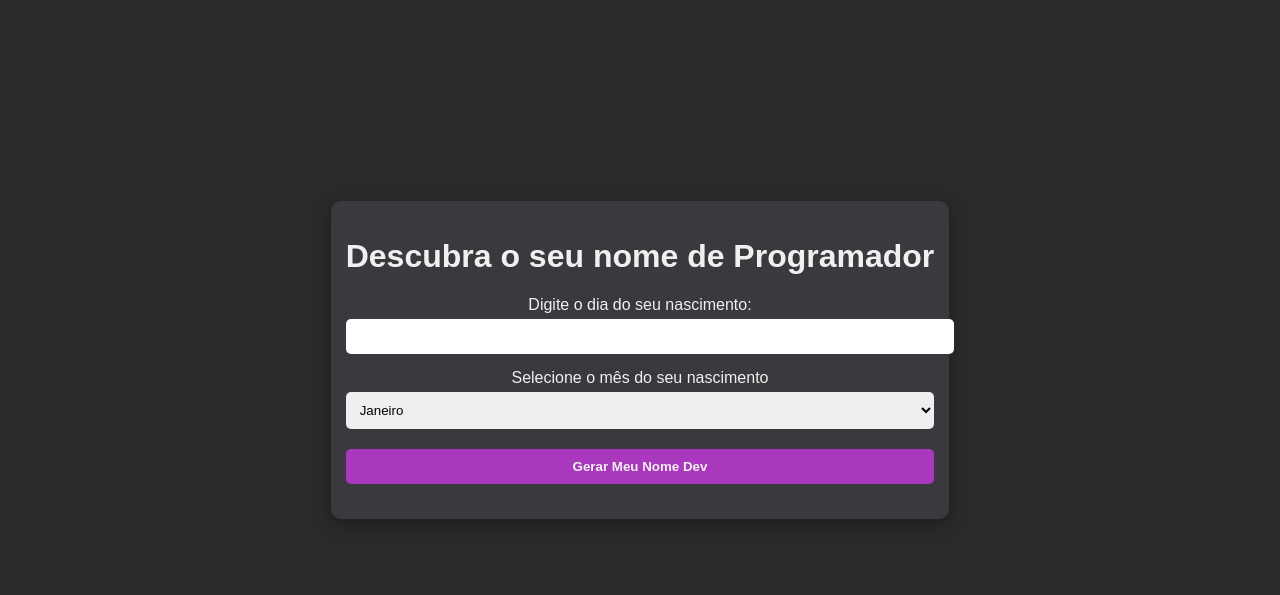
Repository: analessp/seu-nome-dev
Page: index.html
An editor plug-in stored every save of this project. The page is shown before and after a run of saves, followed by the edit.
The browser window is 1280 px wide. The pictures show the whole page.

Above is the page before, as saved 2025-05-13 11:24:46.

After the next 2 saves:
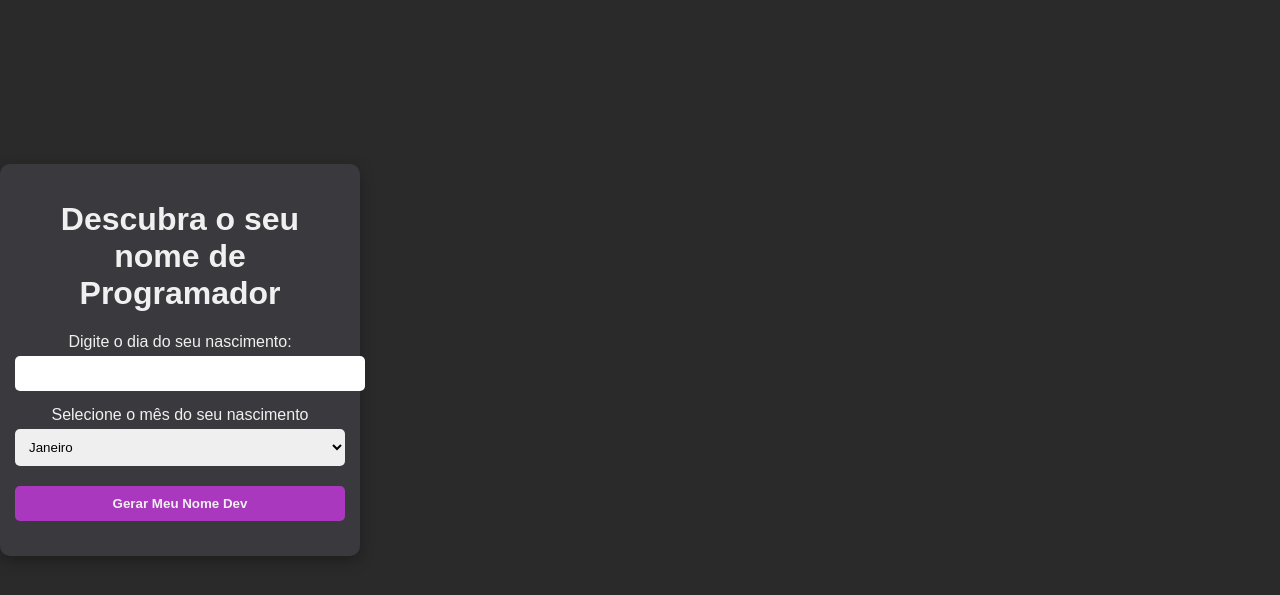
The 2 saves are shown as one change because they came seconds apart.
The last was saved 7 s later.
--- a/styles.css
+++ b/styles.css
@@ -6,7 +6,7 @@
     justify-content: center;
     align-items: center;
     height: 100vh;
-    width: ;
+    width: 50vh;
     margin: 0;
 }
 

After the save that followed:
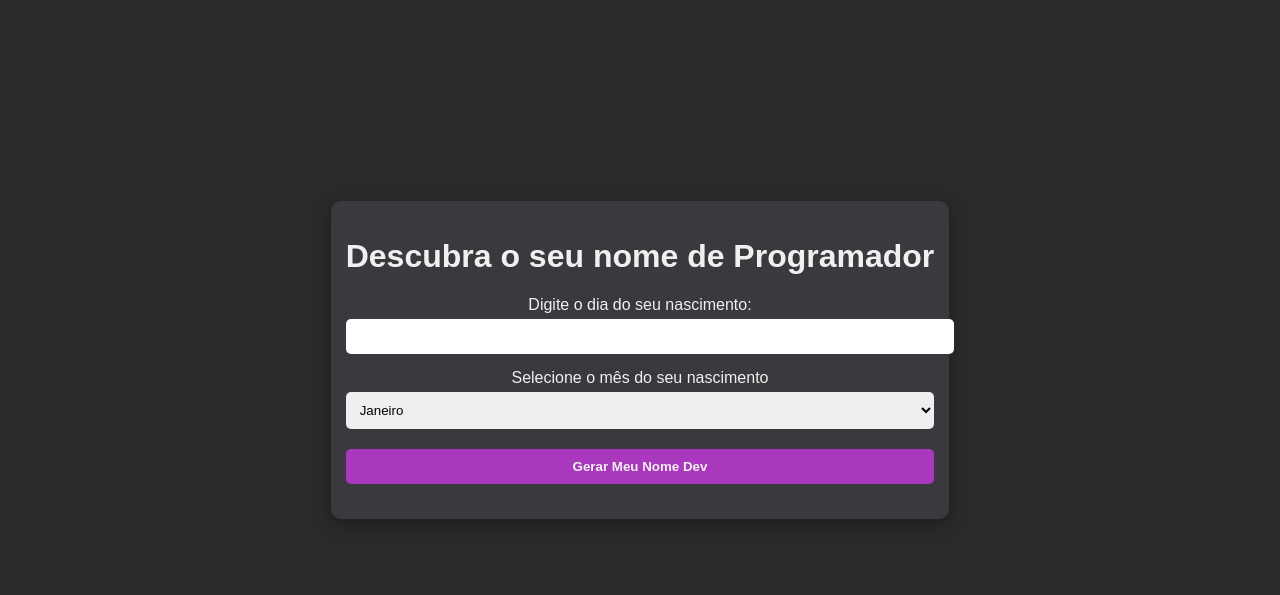
Saved 11 s later.
--- a/styles.css
+++ b/styles.css
@@ -6,7 +6,6 @@
     justify-content: center;
     align-items: center;
     height: 100vh;
-    width: 50vh;
     margin: 0;
 }
 
